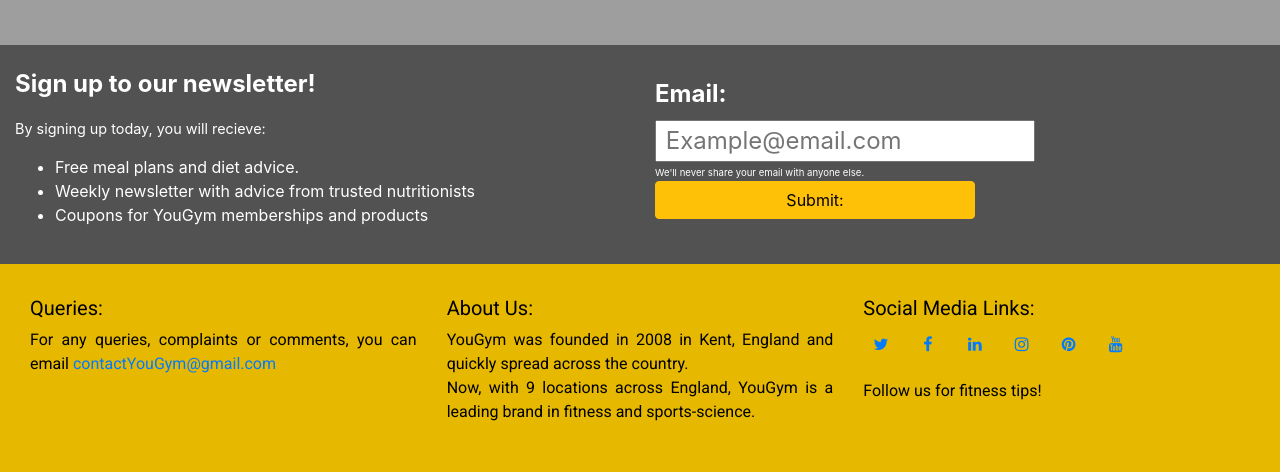
Repository: Felix-Redwood/Interactive-Frontend-Development-Milestone-Project
Page: index.html
The author's editor kept a record of every edit. The page is drawn from the files as they stood at one moment, then again after the next edit.
The browser window is 1280 px wide. The pictures show the part of the page from y = 675 to 1627 px (the page is 1147 px tall before and 1627 px after).
Pictures or frames that could not be fetched are drawn as grey boxes. Backgrounds fixed to the window are drawn as part of the page.

Above is the page before.

After the next edit:
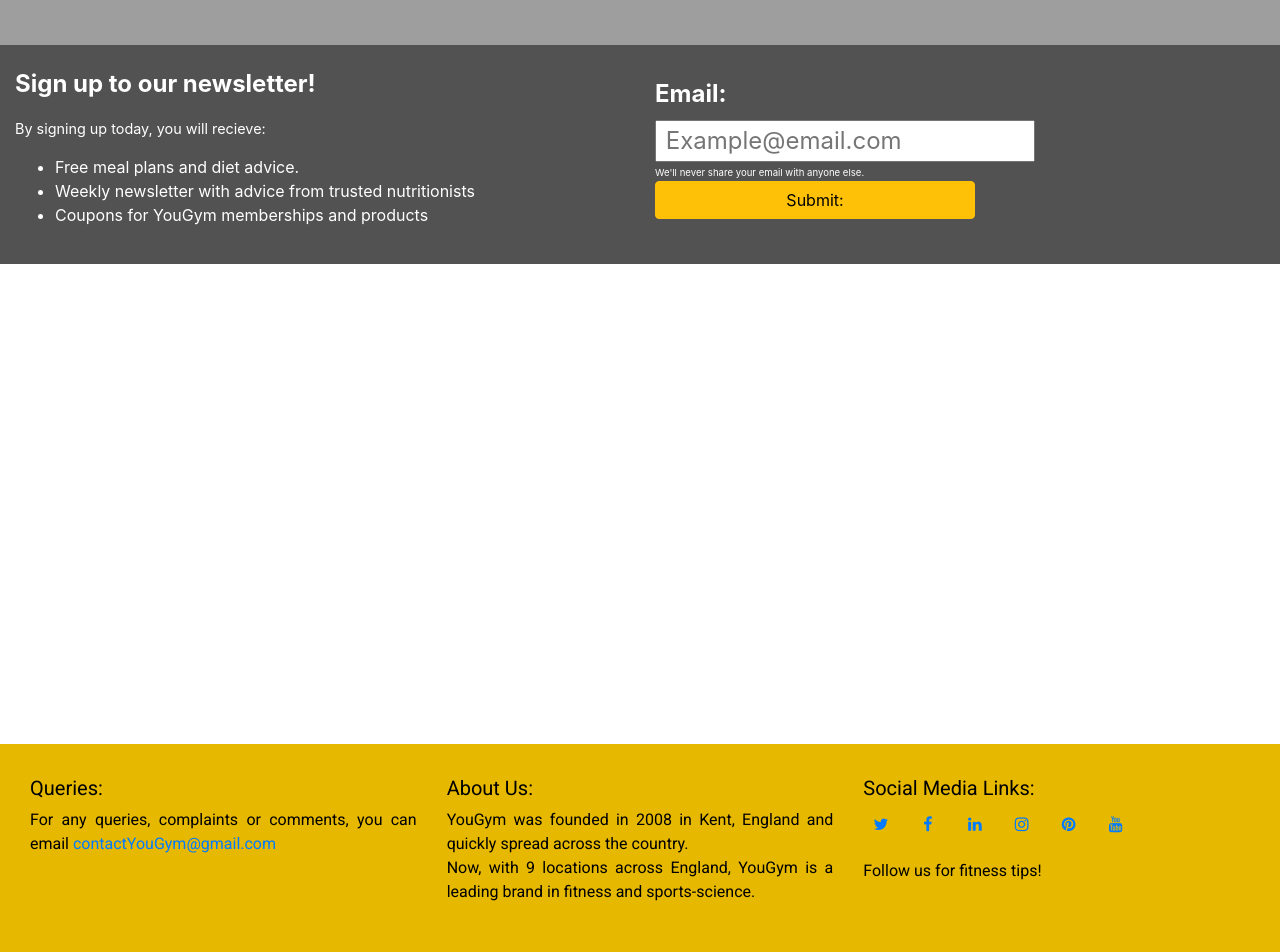
The edit:
--- a/index.html
+++ b/index.html
@@ -85,6 +85,12 @@
         </div>
     </div>
 
+    <div class="container-wrapper">
+        <div id="map">
+
+        </div>
+    </div>
+
     <!-- footer -->
     <footer class="container-fluid">
         <div class="row">
